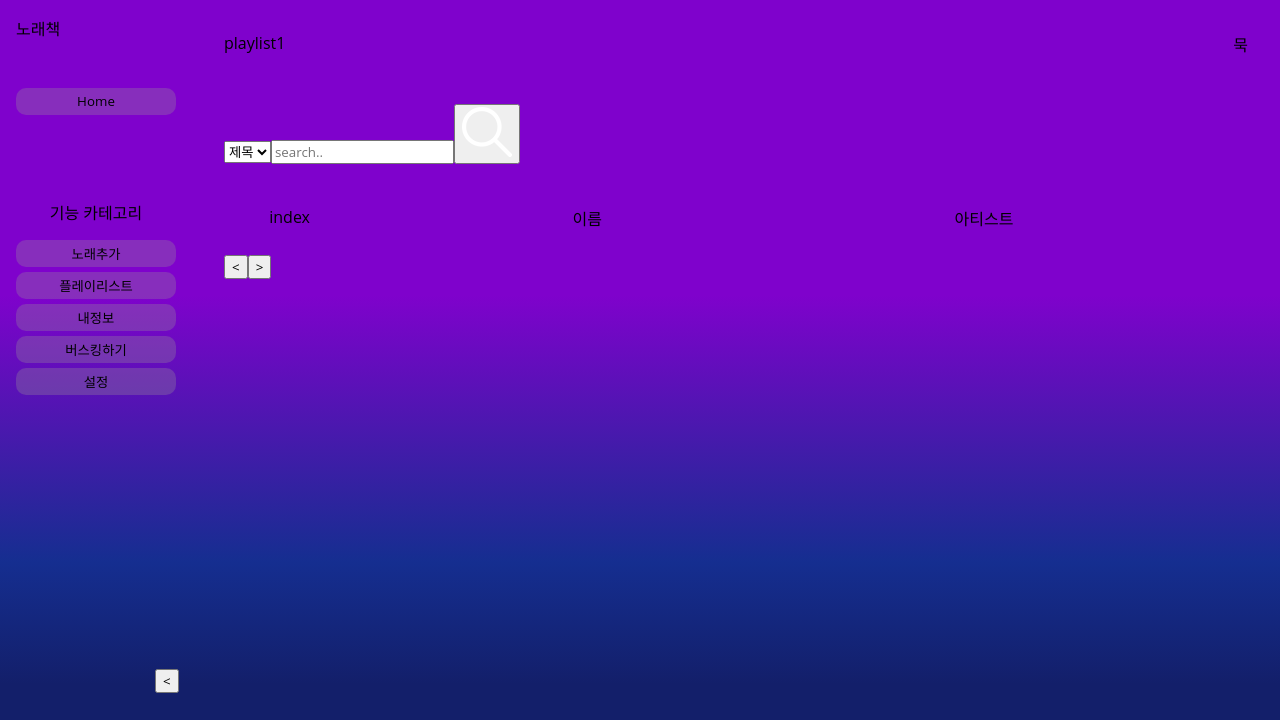
Repository: Unique0902/busking
Page: /app/add
The author's editor kept a copy of each file at every save. The page is drawn from the files as they stood at one save, then again after the next save.
The browser window is 1280 px wide. The pictures show the whole page.
The page's requests for data from a server got no answer. The project was rebuilt for these pictures with package versions that can differ from the ones it lists, and the page was loaded fresh each time. No one was signed in, and anything a server would have sent is missing. Also part of the build but not shown: src/routes/login/login.module.css, src/components/login_header/login_nav.module.css, src/components/login_header/login_nav.jsx, src/components/app_description/app_description.module.css, src/components/app_description/app_description.jsx, src/routes/login/login.jsx, src/routes/app/app_home/app_home.module.css, src/routes/app/app_home/app_home.jsx and 8 more.

Above is the page before, as saved 2022-08-30 14:48:53.

### public/index.html
<!DOCTYPE html>
<html lang="en">
  <head>
    <meta charset="utf-8" />
    <link rel="icon" href="%PUBLIC_URL%/favicon.ico" />
    <meta name="viewport" content="width=device-width, initial-scale=1" />
    <meta name="theme-color" content="#000000" />
    <meta
      name="description"
      content="Web site created using create-react-app"
    />
    <title>노래책</title>
  </head>
  <body>
    <noscript>You need to enable JavaScript to run this app.</noscript>
    <div id="root"></div>
  </body>
</html>

### src/index.js
import React from 'react';
import ReactDOM from 'react-dom/client';
import './index.css';
import App from './routes/app/app';
import { BrowserRouter, Routes, Route } from 'react-router-dom';
import Login from './routes/login/login';
import App_home from './routes/app/app_home/app_home';
import App_add from './routes/app/app_add/app_add';
import App_busking from './routes/app/app_busking/app_busking';
import App_inform from './routes/app/app_inform/app_inform';
import App_playlist from './routes/app/app_playlist/app_playlist';
import App_setting from './routes/app/app_setting/app_setting';
import axios from 'axios';
import Lastfm from './service/lastfm';

const root = ReactDOM.createRoot(document.getElementById('root'));
const httpClient = axios.create({
  baseURL: 'https://ws.audioscrobbler.com/2.0',
  params: { api_key: process.env.REACT_APP_LASTFM_API_KEY },
});
const lastfm = new Lastfm(httpClient);

root.render(
  <React.StrictMode>
    <BrowserRouter>
      <Routes>
        <Route path='/' element={<Login />} />
        <Route path='app' element={<App />}>
          <Route path='home' element={<App_home />} />
          <Route path='add' element={<App_add lastfm={lastfm} />} />
          <Route path='busking' element={<App_busking />} />
          <Route path='inform' element={<App_inform />} />
          <Route path='playlist' element={<App_playlist />} />
          <Route path='setting' element={<App_setting />} />
        </Route>
      </Routes>
    </BrowserRouter>
  </React.StrictMode>
);

### src/index.css
* {
  box-sizing: border-box;
  font-family: 'Open Sans', sans-serif;
}

button {
  cursor: pointer;
}
li {
  list-style: none;
}
body {
  margin: 0;
}
p,
h1,
h2 {
  margin: 0;
}
ul {
  padding: 0;
}

### src/routes/app/app.jsx
import Sidebar from '../../components/sidebar/sidebar';
import './app.module.css';
import styles from './app.module.css';
import { Routes, Route, Outlet } from 'react-router-dom';
import App_header from '../../components/app_header/app_header';

function App() {
  return (
    <section className={styles.app}>
      <Sidebar />
      <main className={styles.main}>
        <App_header />
        <Outlet />
      </main>
    </section>
  );
}

export default App;

### src/routes/app/app_add/app_add.jsx
import React, { useRef } from 'react';
import { useState } from 'react';
import styles from './app_add.module.css';
import SearchResult from '../../../components/searchResult/searchResult';
import Page_num_screen from '../../../components/page_num_screen/page_num_screen';

const App_add = ({ lastfm }) => {
  const [searchResults, setSearchResults] = useState([]);
  const [resultNum, setResultNum] = useState(0);
  const [pageNum, setPageNum] = useState(1);
  const searchRef = useRef();
  const selectRef = useRef();
  const search = () => {
    if (searchRef.current.value) {
      if (selectRef.current.value === '제목') {
        lastfm.searchSongByName(searchRef.current.value).then((result) => {
          setSearchResults(result.trackmatches.track);
          setResultNum(parseInt(result['opensearch:totalResults']));
        });
      } else if (selectRef.current.value === '가수') {
        lastfm.searchSongByArtist(searchRef.current.value).then((result) => {
          setSearchResults(result.trackmatches.track);
          setResultNum(parseInt(result['opensearch:totalResults']));
        });
      }
    }
  };
  return (
    <>
      <header className={styles.searchBar}>
        <select ref={selectRef}>
          <option value='제목'>제목</option>
          <option value='가수'>가수</option>
        </select>
        <input
          type='search'
          placeholder='search..'
          ref={searchRef}
          onChange={() => {
            setPageNum(1);
            search();
          }}
        />
        <button type='submit'>
          <img src='/images/search.png' alt='search' />
        </button>
      </header>
      <section className={styles.results}>
        <ul>
          <li className={styles.description}>
            <div className={styles.index}>index</div>
            <div className={styles.name}>이름</div>
            <div className={styles.artist}>아티스트</div>
            <div className={styles.btn}></div>
          </li>
          {searchResults &&
            searchResults.map((result) => (
              <SearchResult
                key={searchResults.indexOf(result)}
                index={searchResults.indexOf(result) + 1}
                result={result}
                btnText='추가'
              />
            ))}
        </ul>
        <Page_num_screen resultNum={resultNum} pageNum={pageNum} />
      </section>
    </>
  );
};

export default App_add;

### src/service/lastfm.js
'use strict';

class Lastfm {
  constructor(httpClient) {
    this.lastfm = httpClient;
  }
  async searchSongByName(title) {
    const response = await this.lastfm.get('', {
      params: {
        method: 'track.search',
        track: title,
        limit: '6',
        format: 'json',
      },
    });
    return response.data.results;
  }
  async searchSongByArtist(artist) {
    const response = await this.lastfm.get('', {
      params: {
        method: 'track.search',
        track: ' ',
        artist: artist,
        limit: '6',
        format: 'json',
      },
    });
    return response.data.results;
  }
  async searchArtist(artist) {
    const response = await this.lastfm.get('', {
      params: {
        method: 'artist.search',
        artist: artist,
        format: 'json',
      },
    });
    return response.data.results;
  }
  async searchTopTrackByCorrectArtist(mbid) {
    const response = await this.lastfm.get('', {
      params: {
        method: 'artist.gettoptrack',
        mbid: mbid,
        format: 'json',
      },
    });
    return response.data.results;
  }
}

export default Lastfm;

### src/components/sidebar/sidebar.jsx
import React from 'react';
import styles from './sidebar.module.css';
import { useNavigate } from 'react-router-dom';

const Sidebar = (props) => {
  let navigate = useNavigate();
  return (
    <>
      <aside className={styles.sideBar}>
        <div className={styles.logo}>
          <img src='' alt='' />
          <p>노래책</p>
        </div>
        <ul className={styles.list}>
          <li>
            <button
              onClick={() => {
                navigate('home');
              }}
              className={styles.listBtn}
            >
              Home
            </button>
          </li>
          <li>
            <p className={styles.category}>기능 카테고리</p>
          </li>
          <li>
            <button
              onClick={() => {
                navigate('add');
              }}
              className={styles.listBtn}
            >
              노래추가
            </button>
          </li>
          <li>
            <button
              onClick={() => {
                navigate('playlist');
              }}
              className={styles.listBtn}
            >
              플레이리스트
            </button>
          </li>
          <li>
            <button
              onClick={() => {
                navigate('inform');
              }}
              className={styles.listBtn}
            >
              내정보
            </button>
          </li>
          <li>
            <button
              onClick={() => {
                navigate('busking');
              }}
              className={styles.listBtn}
            >
              버스킹하기
            </button>
          </li>
          <li>
            <button
              onClick={() => {
                navigate('setting');
              }}
              className={styles.listBtn}
            >
              설정
            </button>
          </li>
          <li>
            <button className={styles.closeBtn}> {'<'} </button>
          </li>
        </ul>
      </aside>
    </>
  );
};

export default Sidebar;

### src/routes/app/app.module.css
@value makerWhite from  '../../common/colors.css';

.app {
  background: rgb(127, 2, 204);
  background: linear-gradient(
    180deg,
    rgba(127, 2, 204, 1) 41%,
    rgba(21, 46, 144, 1) 78%,
    rgba(19, 31, 106, 1) 95%
  );
  color: makerWhite;
  height: 100vh;
  display: flex;
}

.main {
  flex-basis: 85%;
  padding: 2em;
}

### src/components/app_header/app_header.jsx
import React from 'react';
import styles from './app_header.module.css';

const App_header = (props) => {
  return (
    <>
      <header className={styles.header}>
        <div className={styles.playlists}>playlist1</div>
        <div className={styles.users}>묵</div>
      </header>
    </>
  );
};

export default App_header;

### src/routes/app/app_add/app_add.module.css
.results {
  height: 30em;
}
.searchBar {
  margin-bottom: 2em;
}
.description {
  display: flex;
  flex-direction: row;
  justify-content: space-between;
  text-align: center;
  padding: 0.6em 1em;
}
.index {
  flex-basis: 10%;
}
.name {
  flex-basis: 50%;
}
.artist {
  flex-basis: 30%;
}
.btn {
  flex-basis: 10%;
}

### src/components/page_num_screen/page_num_screen.jsx
import React from 'react';

const Page_num_screen = ({ resultNum, pageNum, onPagePlus, onPageMinus }) => {
  return (
    <>
      <button>{'<'}</button>
      <button>{'>'}</button>
    </>
  );
};

export default Page_num_screen;

### src/components/sidebar/sidebar.module.css
@value makerWhite from  '../../common/colors.css';
@value makerBlack from  '../../common/colors.css';
@value makerLightGrey from  '../../common/colors.css';
@value makerGrey from  '../../common/colors.css';
@value fontBigg from  '../../common/size.css';
@value fontMedium from  '../../common/size.css';
@value fontMediumm from  '../../common/size.css';
@value fontSmall from  '../../common/size.css';

.sideBar {
  flex-basis: 15%;
  padding: 1em;
  background-color: makerBlack;
  color: makerWhite;
  position: relative;
}
.logo {
  display: flex;
  font-size: fontBigg;
  margin-bottom: 3em;
}
.category {
  color: makerLightGrey;
  font-size: fontMediumm;
  text-align: center;
  margin-top: 5em;
  margin-bottom: 1em;
}

.listBtn {
  background-color: rgba(151, 149, 149, 0.3);
  border: none;
  border-radius: 10px;
  height: 2em;
  margin-bottom: 0.4em;
  width: 100%;
  font-size: fontMedium;
  color: makerWhite;
}
.list > li {
  width: 100%;
}
.closeBtn {
  position: absolute;
  right: 1em;
  bottom: 2em;
  background-color: makerBlack;
  color: makerWhite;
}

### src/components/app_header/app_header.module.css
.header {
  display: flex;
  justify-content: space-between;
  margin-bottom: 3em;
}

Loaded but not shown: src/routes/app/app_inform/app_inform.module.css (no stored copy; drawn as an empty file); src/routes/app/app_setting/app_setting.module.css (no stored copy; drawn as an empty file)

After the next save:
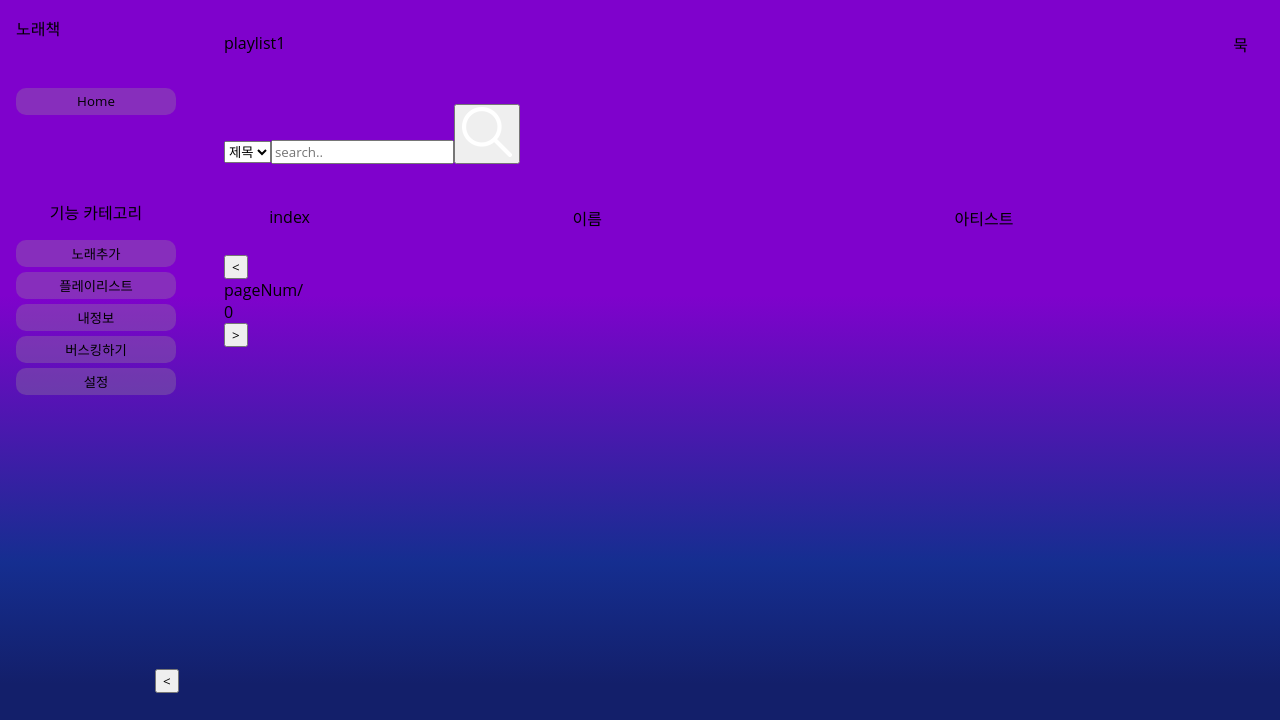
Saved 45 s later.
--- a/src/components/page_num_screen/page_num_screen.jsx
+++ b/src/components/page_num_screen/page_num_screen.jsx
@@ -4,6 +4,8 @@ const Page_num_screen = ({ resultNum, pageNum, onPagePlus, onPageMinus }) => {
   return (
     <>
       <button>{'<'}</button>
+      <p>pageNum/</p>
+      <p>{parseInt(resultNum / 6)}</p>
       <button>{'>'}</button>
     </>
   );
